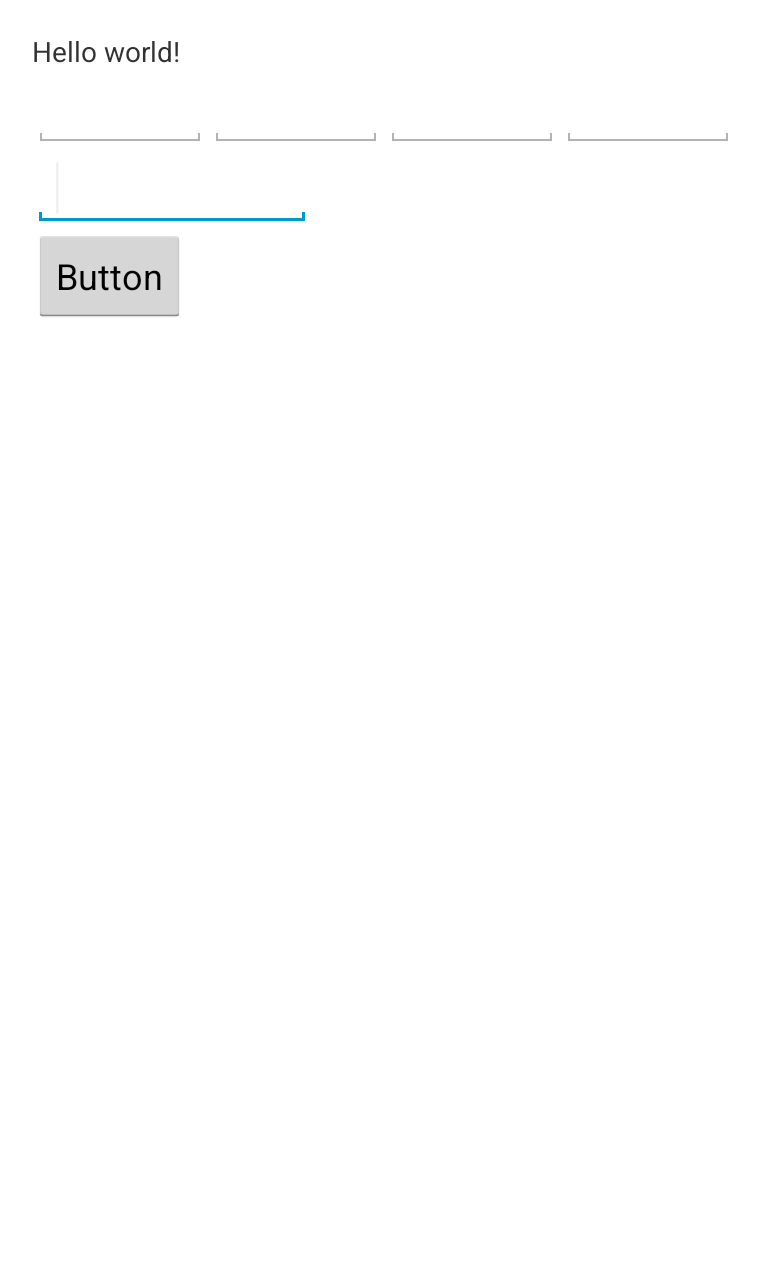
Repository: hfutcgncas/Android
Layout: ToyCarV3/res/layout/activity_toy_car.xml
These files come from the project's save history. The layout is drawn as it stood at one moment and after the next save; the edit follows.
It is drawn on a 768 x 1280 px phone screen (xhdpi) without system bars, with theme AppTheme; the app's code is not run.

Above is the layout before, as saved 2015-06-10 16:22:34.

After the next save:
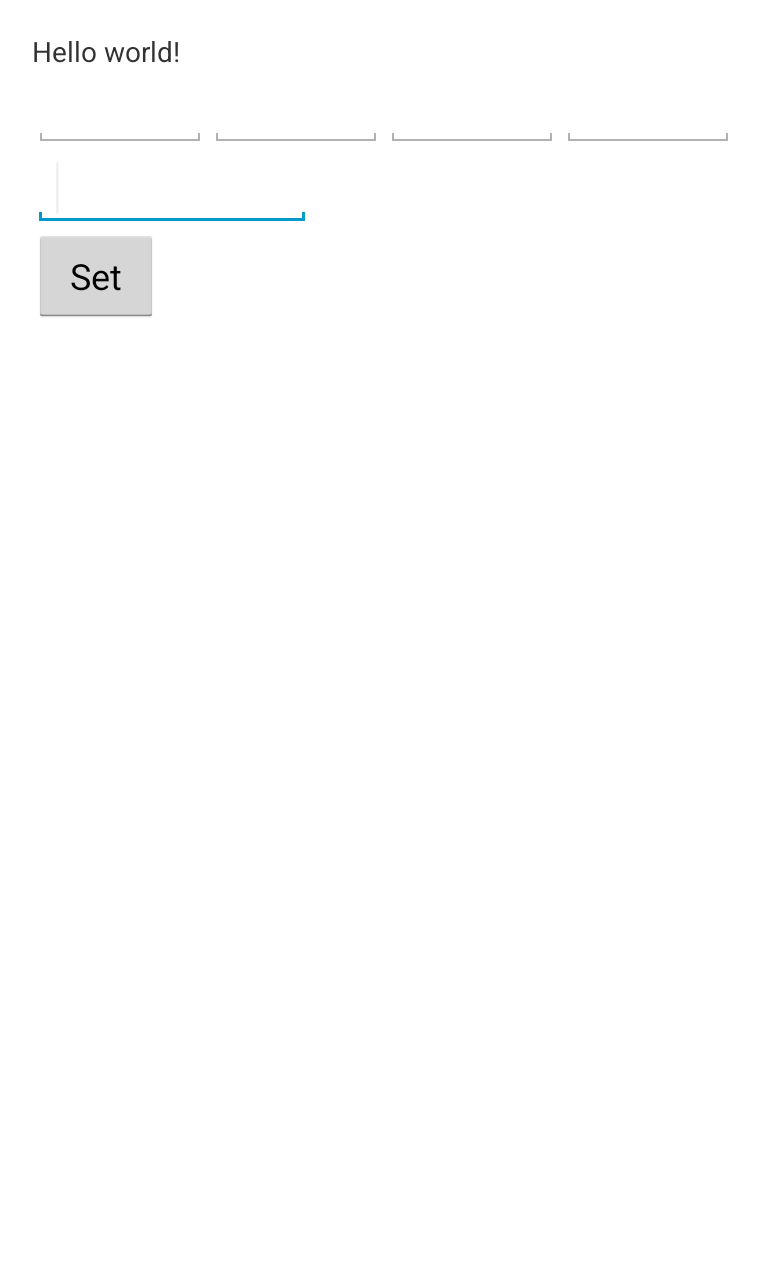
Saved 8 s later.
--- a/ToyCarV3/res/layout/activity_toy_car.xml
+++ b/ToyCarV3/res/layout/activity_toy_car.xml
@@ -77,7 +77,7 @@
             android:id="@+id/button_Set"
             android:layout_width="wrap_content"
             android:layout_height="wrap_content"
-            android:text="Button" />
+            android:text="Set" />
 
     </LinearLayout>
 
